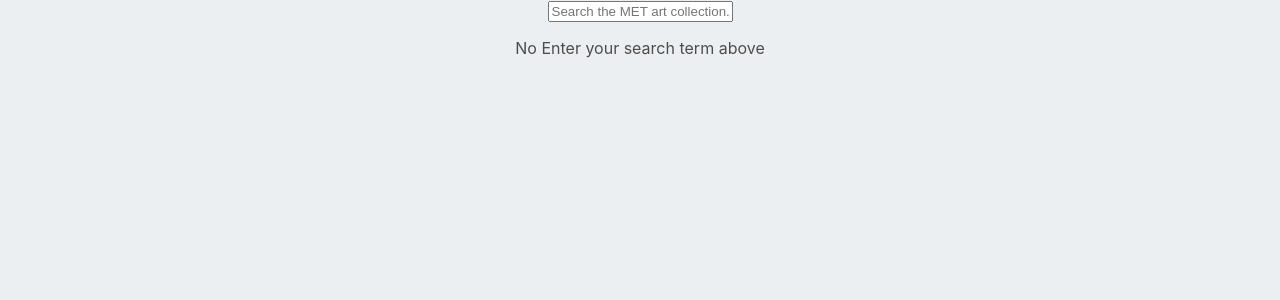
Repository: edulis8/MetSearchTool
Page: /
An editor plug-in stored every save of this project. The page is shown before and after a run of saves, followed by the edit.
The browser window is 1280 px wide. The pictures show the whole page.
The project was rebuilt for these pictures with package versions that can differ from the ones it lists, and the page was loaded fresh each time. Also part of the build but not shown: src/Pokecard.js, src/Pokedex.js.

Above is the page before, as saved 2020-01-16 10:05:00.

### src/App.js
import React from 'react';
import './App.css';
import Pokedex from './Pokedex';
import PokeGame from './PokeGame';

function App() {
  return (
    <div className="App">
      <PokeGame />
    </div>
  );
}

export default App;

### src/PokeGame.js
import React, { Component } from 'react'
// import Pokedex from './Pokedex';
import Axios from 'axios';
import Pokecard from './Pokecard';
// import './Pokedex.css';
const MET_API_BASE = 'https://collectionapi.metmuseum.org/public/collection/v1';


class PokeGame extends Component {
    constructor(props) {
        super(props);
        this.state = {
            objects: [],
            searchTerm: '',
            searching: false
        }
        this.handleSearchInputChanges = this.handleSearchInputChanges.bind(this);
    }
    // static defaultProps = {
    //     test: [
    //     ]
    // }
    handleSearchInputChanges(e) {
        this.setState({ searchTerm: e.target.value })
        // console.log(this.state.searchTerm);
        this.search();
    }
    search() {
        console.log('searchTerm', this.state.searchTerm);
        Axios.get(`${MET_API_BASE}/search?q=${this.state.searchTerm}`).then((response) => {
            this.setState({ objects: [], searching: true })
            // console.log(response.data.objectIDs.slice(0, 20));
            // console.log(response.status, response.statusText);
            console.log('RESPONSE', response);
            if (response.data.objectIDs) {
                const objectIDs = response.data.objectIDs.slice(0, 20);
                objectIDs.forEach((id, idx) => {
                    Axios.get(`${MET_API_BASE}/objects/${id}`).then((response) => {
                        // console.log(idx, response.data);
                        const newObjects = [...this.state.objects];
                        newObjects.push(response.data);
                        this.setState({ objects: newObjects })
                    })
                });
            } else {
                this.setState({ objects: [] })
            }
        });
        this.setState({ searching: true });
    }
    componentDidMount() {
        console.log('didMount');
    }
    render() {
        return (
            <div className='Pokedex'>
                <input type="text" placeholder="Search the MET art collection..." onChange={this.handleSearchInputChanges} />
                {this.state.objects.map(object =>
                    // <img src={object.primaryImage}></img>
                    <div className='Pokedex-cards'>
                        <Pokecard {...object} />
                    </div>

                )}
                {!this.state.objects.length && !this.state.searching && <p>No Enter your search term above</p>}
                {this.state.searching && <p>Searching...</p>}

            </div>
        )
    }
}

export default PokeGame;

### src/Pokedex.css
.Pokedex {
    text-align: center;
}
.Pokedex-cards {
    display: flex;
    justify-content: space-evenly;
    flex-wrap: wrap;
}

Loaded but not shown: public/index.html (common file); src/index.js (common file); src/index.css (common file); src/serviceWorker.js (common file); src/App.css (common file)

After the next 2 saves:
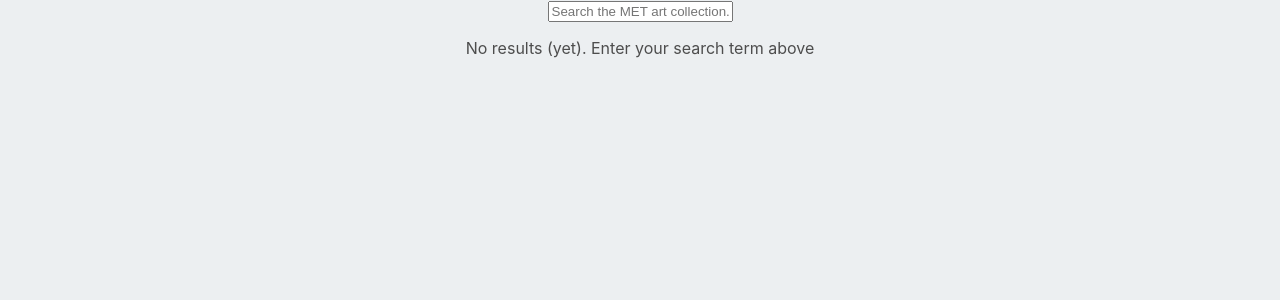
The 2 saves are shown as one change because they came seconds apart.
The last was saved 7 s later.
--- a/src/PokeGame.js
+++ b/src/PokeGame.js
@@ -62,7 +62,7 @@ class PokeGame extends Component {
                     </div>
 
                 )}
-                {!this.state.objects.length && !this.state.searching && <p>No Enter your search term above</p>}
+                {!this.state.objects.length && !this.state.searching && <p>No results (yet). Enter your search term above</p>}
                 {this.state.searching && <p>Searching...</p>}
 
             </div>
